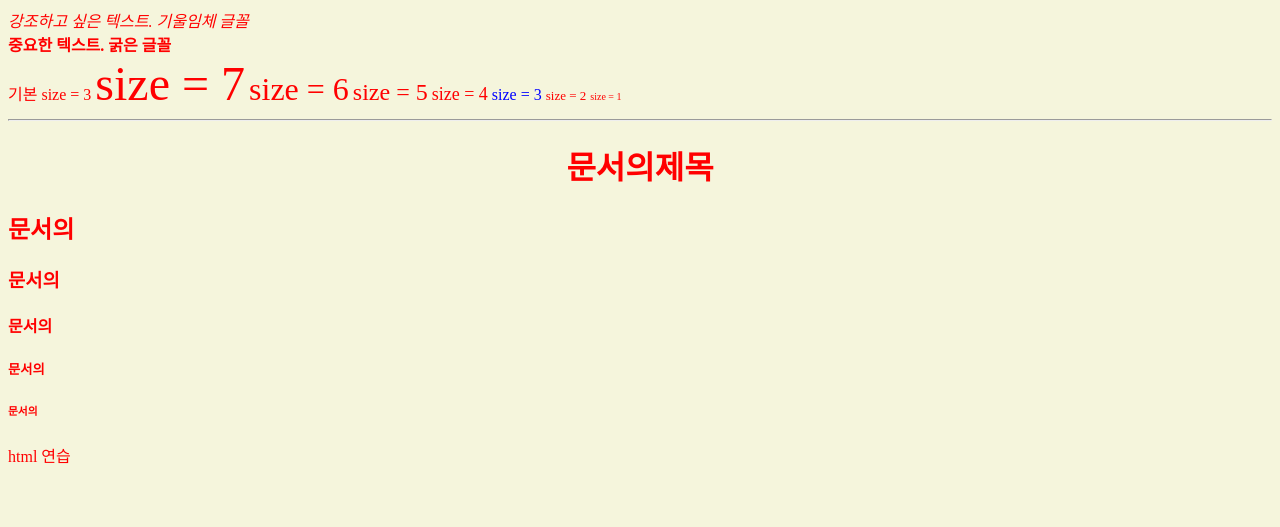
Repository: cleangggg/front
Page: html/ex03.html
An editor plug-in stored every save of this project. The page is shown before and after the next save, followed by the edit.
The browser window is 1280 px wide. The pictures show the whole page.

Above is the page before, as saved 2023-05-22 04:01:45.

### html/ex03.html
<!DOCTYPE html>
<html>
<head>
<meta charset="UTF-8">
<title>Insert title here</title>
</head>
<!-- <body text = "white" bgcolor = "black"> -->
<body style="color: red; background: beige">
	<em>강조하고 싶은 텍스트. 기울임체 글꼴</em><br>
	<strong>중요한 텍스트. 굵은 글꼴</strong><br>
	<font>기본 size = 3 </font>
	<font size="7">size = 7</font>
	<font size="6">size = 6</font>
	<font size="5">size = 5</font>
	<font size="4">size = 4</font>
	<font size="3" face="궁서체" color="blue">size = 3</font>
	<font size="2">size = 2</font>
	<font size="1">size = 1</font>
<hr>
	<h1 align ="center">문서의제목</h1>
	<h2>문서의</h2>
	<h3>문서의</h3>
	<h4>문서의</h4>
	<h5>문서의</h5>
	<h6>문서의</h6>

	html 연습

</body>
</html>

After the next save:
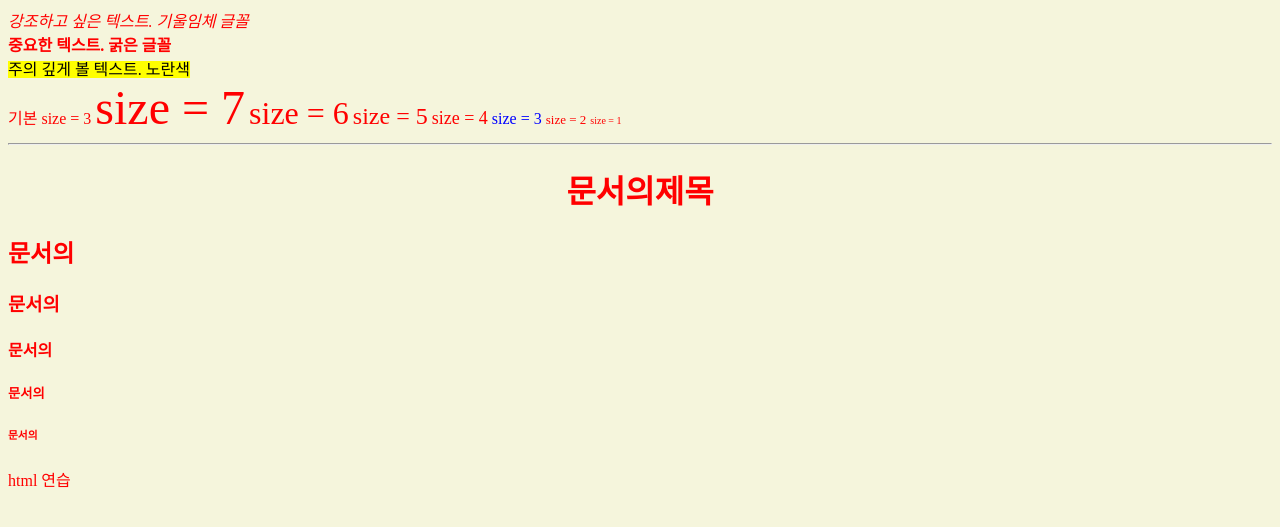
Saved 17 s later.
--- a/html/ex03.html
+++ b/html/ex03.html
@@ -8,6 +8,7 @@
 <body style="color: red; background: beige">
 	<em>강조하고 싶은 텍스트. 기울임체 글꼴</em><br>
 	<strong>중요한 텍스트. 굵은 글꼴</strong><br>
+	<mark>주의 깊게 볼 텍스트. 노란색</mark><br>
 	<font>기본 size = 3 </font>
 	<font size="7">size = 7</font>
 	<font size="6">size = 6</font>
